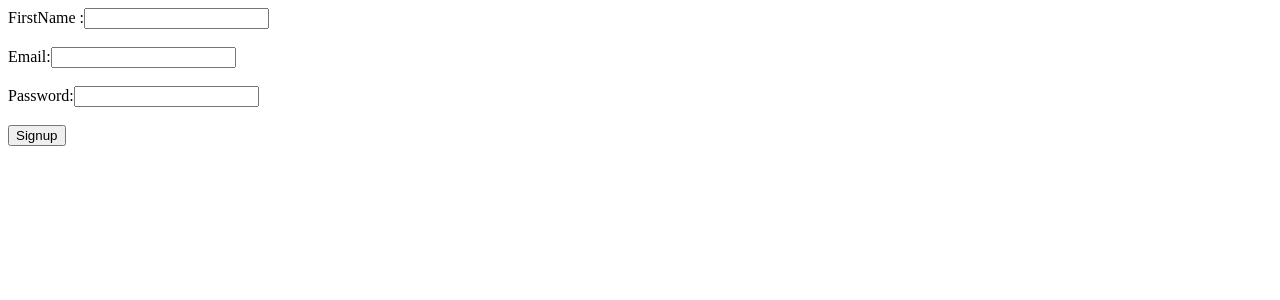
Repository: yogendra-dashore/java-ism
Page: CrudJee/src/main/webapp/SignUp.html
An editor plug-in stored every save of this project. The page is shown before and after the next save, followed by the edit.
The browser window is 1280 px wide. The pictures show the whole page.

Above is the page before, as saved 2023-04-03 17:39:55.

After the next save:
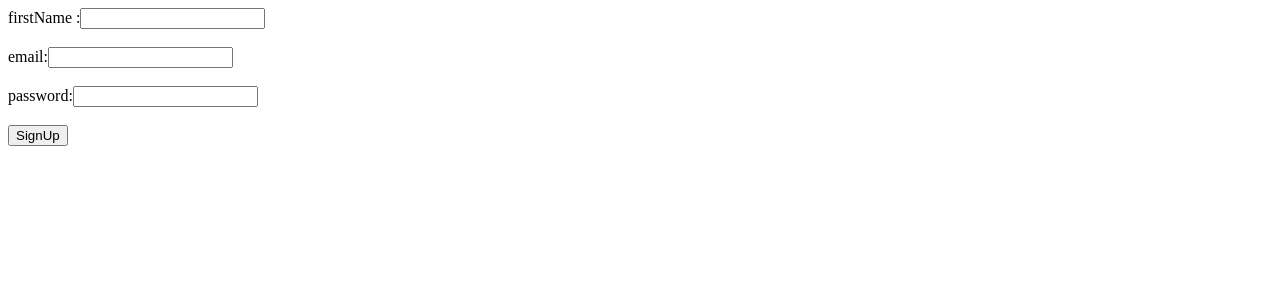
Saved 3 min 19 s later.
--- a/CrudJee/src/main/webapp/SignUp.html
+++ b/CrudJee/src/main/webapp/SignUp.html
@@ -6,10 +6,10 @@
 </head>
 <body>
 <form action="SignUpController" method="post">
-		FirstName :<input type="text" name="firstName"  /><br><br>
-		Email:<input type="text" name="email"/><br><br>
-		Password:<input type="text" name="password"/><br><br>
-		 <input type="submit" value="Signup" />
+		firstName :<input type="text" name="firstName"  /><br><br>
+		email:<input type="text" name="email"/><br><br>
+		password:<input type="text" name="password"/><br><br>
+		 <input type="submit" value="SignUp" />
 	</form>
 
 </body>
